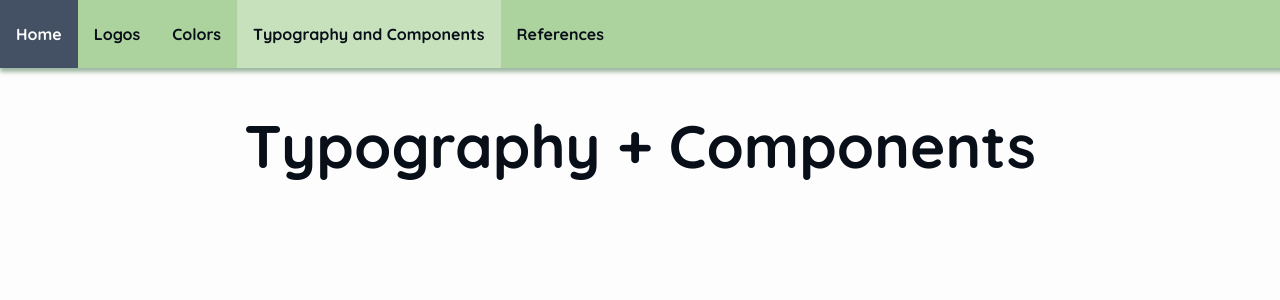
Repository: AlyssaHug/MoolahMate-A5Styleguide
Page: typography.html
An editor plug-in stored every save of this project. The page is shown before and after the next save, followed by the edit.
The browser window is 1280 px wide. The pictures show the whole page.

Above is the page before, as saved 2025-03-31 09:42:14.

### typography.html
<!DOCTYPE html>
<html lang="en">
<head>
    <meta charset="UTF-8">
    <meta name="viewport" content="width=device-width, initial-scale=1.0">
    <title>CashFlow - App StyleGuide</title>
    <link rel="stylesheet" href="styles.css">
    <link rel="stylesheet" href="Typography-styles.css">
    <link rel="preconnect" href="https://fonts.googleapis.com">
<link rel="preconnect" href="https://fonts.gstatic.com" crossorigin>
<link href="https://fonts.googleapis.com/css2?family=Libre+Franklin:ital,wght@0,100..900;1,100..900&family=Quicksand:wght@300..700&display=swap" rel="stylesheet">
</head>
<header class="nav">
    <ul class="navbar">
        <li class="navbar__item"><a href="home.html">Home</a></li>
        <li class="navbar__item"><a href="logos.html">Logos</a></li>
        <li class="navbar__item"><a href="colors.html">Colors</a></li>
        <li class="navbar__item active"><a href="typography.html">Typography and Components</a></li>
        <li class="navbar__item"><a href="references.html">References</a></li>
    </ul>
</header>
<body class="page-content">
    <h1 class="page-title">Typography + Components</h1>

</body>
</html>

### styles.css
html {
    font-family: "Quicksand", "Libre Franklin";
    color: #090F19;
    background-color: #FEFDFD;
}

.navbar{
    position: fixed;
    top: 0;
    left: 0;
    width: 105%;
    list-style-type: none;
    margin-top: -10px;
    padding: 0;
    padding-top: 10px;
    overflow: hidden;
    background-color: #ACD39D;
    box-shadow: 0 4px 4px #01430e61;
}
.navbar__item {
    float: left;
    text-align: center;
}

li a {
    display: block;
    padding: 24px 16px;
        color: #090F19;
    text-decoration: none;
    font-weight: bold;
}
li a:hover {
    color: #FEFDFD;
    background-color: #445063;
}
.active {
    background-color: #C6E1BB;
    color: #526F53;
}
.page-title {
font-size: 60px;
text-align: center;
}
.page-content {
    padding-top: 60px;
}

Loaded but not shown: Typography-styles.css (no copy from this time; the picture is the same without it)

After the next save:
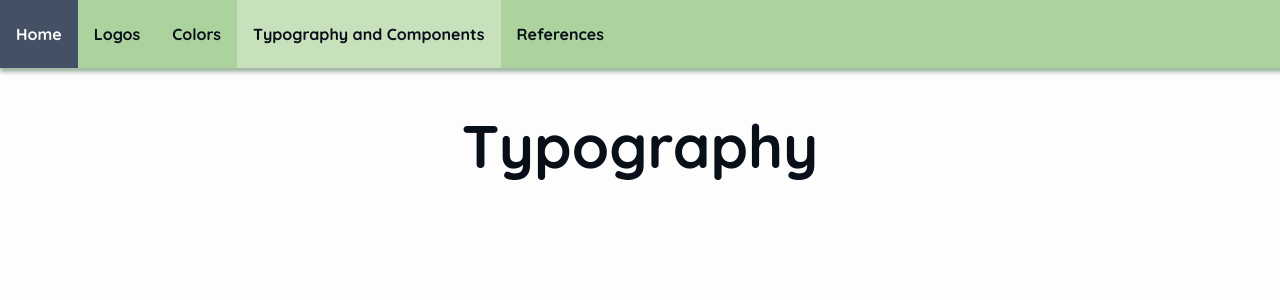
Saved 49 s later.
--- a/typography.html
+++ b/typography.html
@@ -20,7 +20,7 @@
     </ul>
 </header>
 <body class="page-content">
-    <h1 class="page-title">Typography + Components</h1>
+    <h1 class="page-title">Typography</h1>
 
 </body>
 </html>
